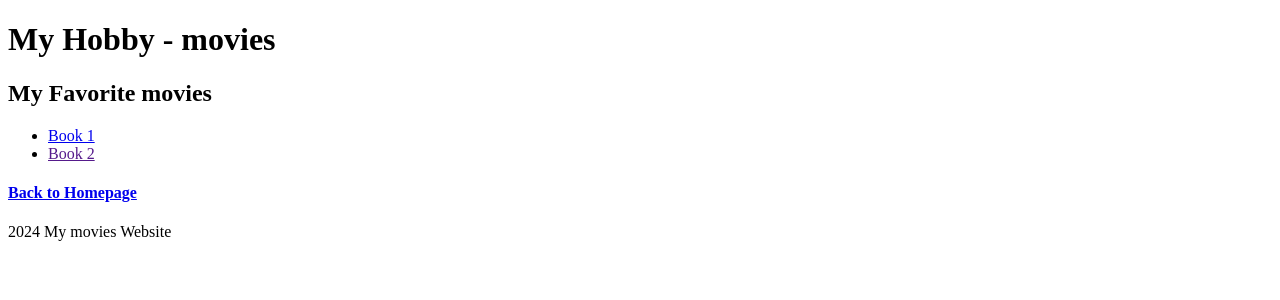
Repository: DaryaSarycheva/Hobbies
Page: pages/hobby.html
The author's editor kept a copy of each file at every save. The page is drawn from the files as they stood at one save, then again after the next save.
The browser window is 1280 px wide. The pictures show the whole page.

Above is the page before, as saved 2024-05-09 08:07:37.

### pages/hobby.html
<!DOCTYPE html>
<html lang="en">
<head>
    <meta charset="UTF-8">
    <meta name="viewport" content="width=device-width, initial-scale=1.0">
    <title>Movies</title>
</head>
<body>
    <header>
        <h1>My Hobby - movies</h1>
    </header>
    <main>
        <h2>My Favorite movies</h2>
        <ul>
            <li><a href="./">Book 1</a></li>
            <li><a href="">Book 2</a></li>
        </ul>
    </main>
    <h4><a href="../myHobbies.html">Back to Homepage</a></h4>
    <footer>
        <p> 2024 My movies Website</p>
    </footer>
</body>
</html>

After the next save:
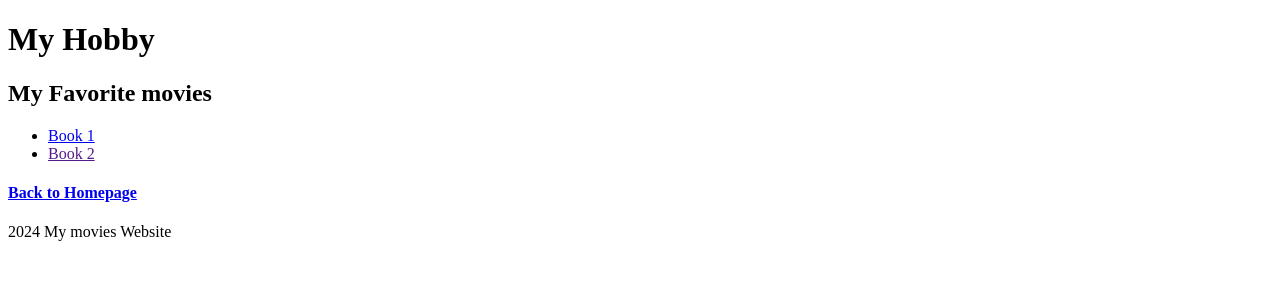
Saved 56 s later.
--- a/pages/hobby.html
+++ b/pages/hobby.html
@@ -3,11 +3,11 @@
 <head>
     <meta charset="UTF-8">
     <meta name="viewport" content="width=device-width, initial-scale=1.0">
-    <title>Movies</title>
+    <title>Hobby</title>
 </head>
 <body>
     <header>
-        <h1>My Hobby - movies</h1>
+        <h1>My Hobby</h1>
     </header>
     <main>
         <h2>My Favorite movies</h2>
